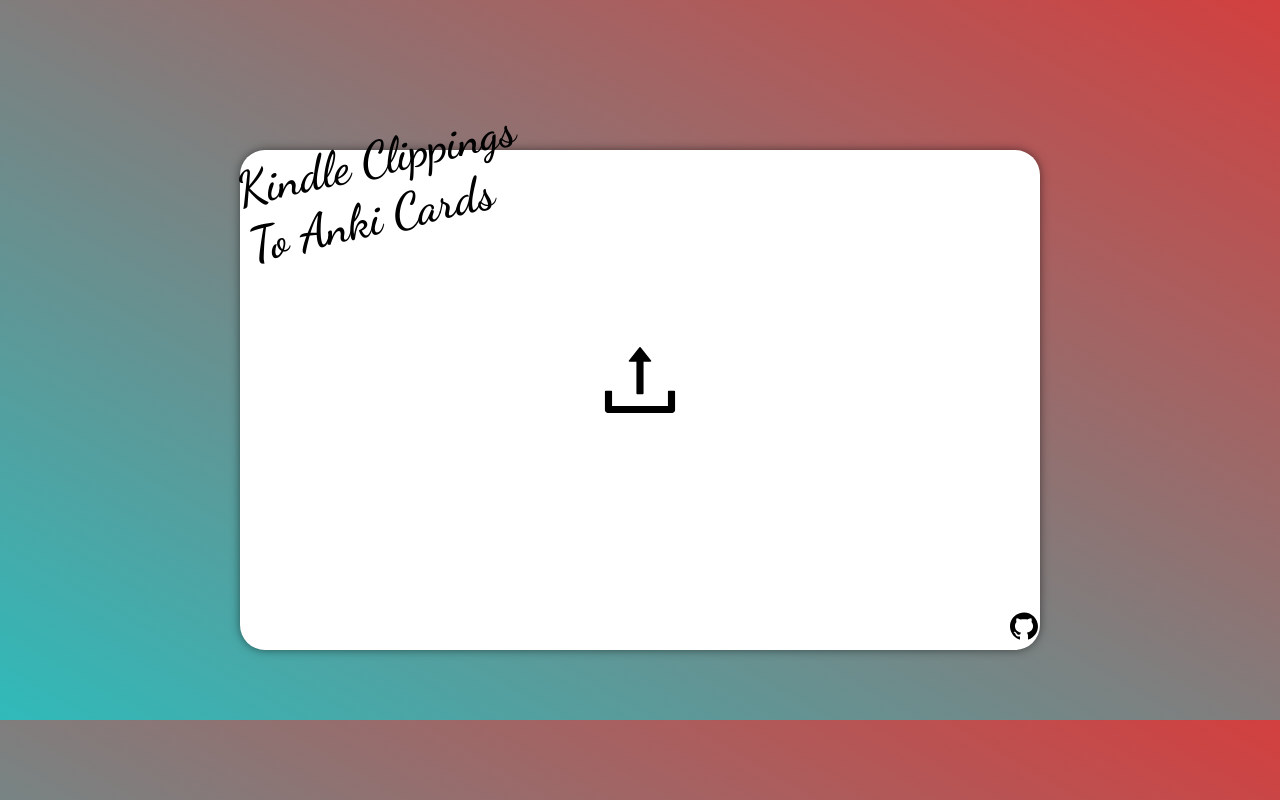
Repository: Lewisjohnward/kindle-clippings-to-cards
Page: /
The author's editor kept a copy of each file at every save. The page is drawn from the files as they stood at one save, then again after the next save.
The browser window is 1280 px wide. The pictures show the whole page.
Backgrounds fixed to the window are drawn as part of the page. The project was rebuilt for these pictures with package versions that can differ from the ones it lists, and the page was loaded fresh each time.

Above is the page before, as saved 2021-10-29 13:07:12.

After the next save:
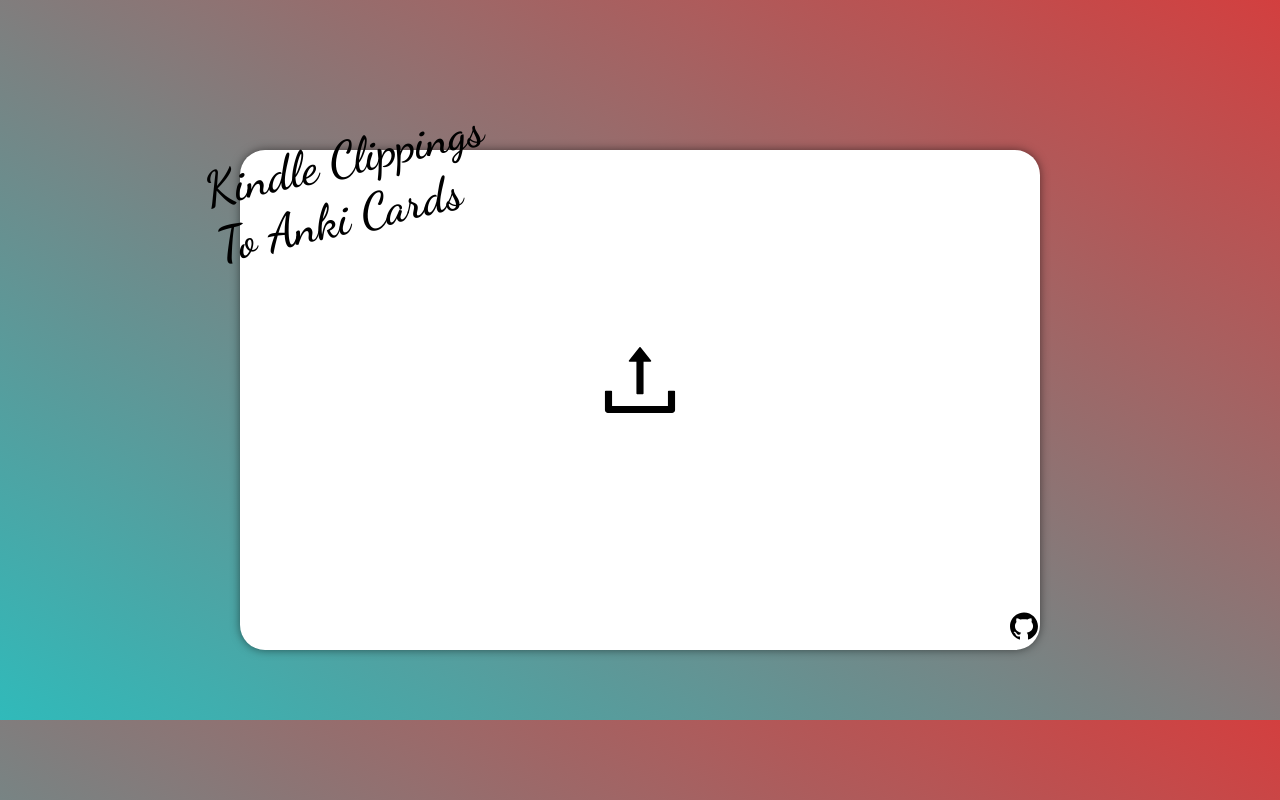
Saved 18 s later.
--- a/src/App.js
+++ b/src/App.js
@@ -30,7 +30,6 @@
   position: relative;
   width: 800px;
   height: 500px;
-
   border-radius: 25px;
   background: white;
   box-shadow: 0px 0px 10px 0px rgba(0, 0, 0, 0.5);
@@ -38,6 +37,7 @@
 const TitleContainer = styled.div`
   position: absolute;
   top: -4%;
+  left:  -4%;
   transform: rotate(-13deg);
   font-family: "Dancing Script", cursive;
   font-size: 3rem;
